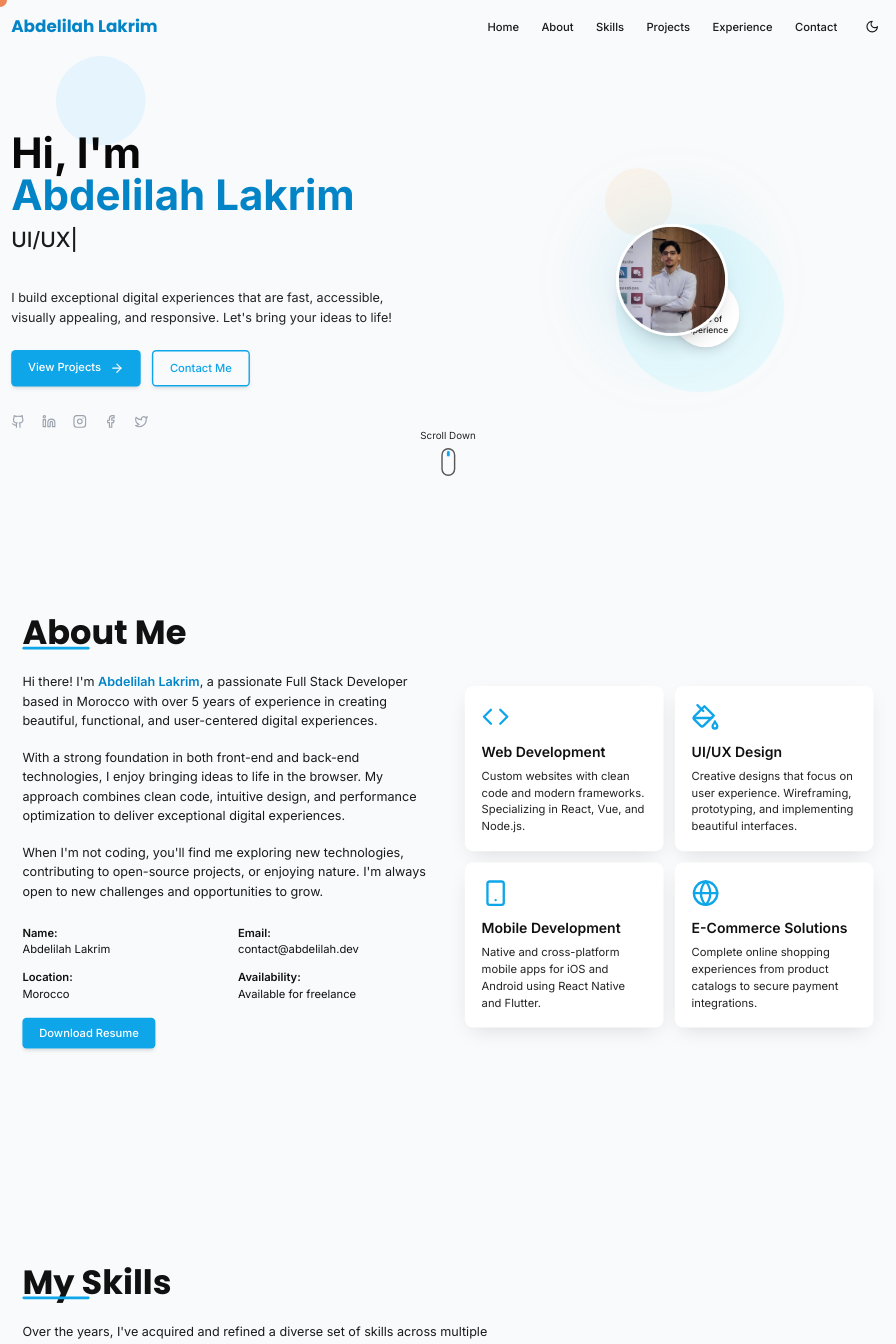
Repository: Abdelilah-Lakrim/Personal_Portfolio
Page: /
The author's editor kept a copy of each file at every save. The page is drawn from the files as they stood at one save, then again after the next save.
The browser window is 1280 px wide. The pictures show the part of the page from y = 0 to 1920 px (the page is 7905 px tall), at 70% of full size.
The project was rebuilt for these pictures with package versions that can differ from the ones it lists, and the page was loaded fresh each time. Also part of the build but not shown: vite.config.ts.

Above is the page before, as saved 2025-05-21 12:33:16.

After the next save:
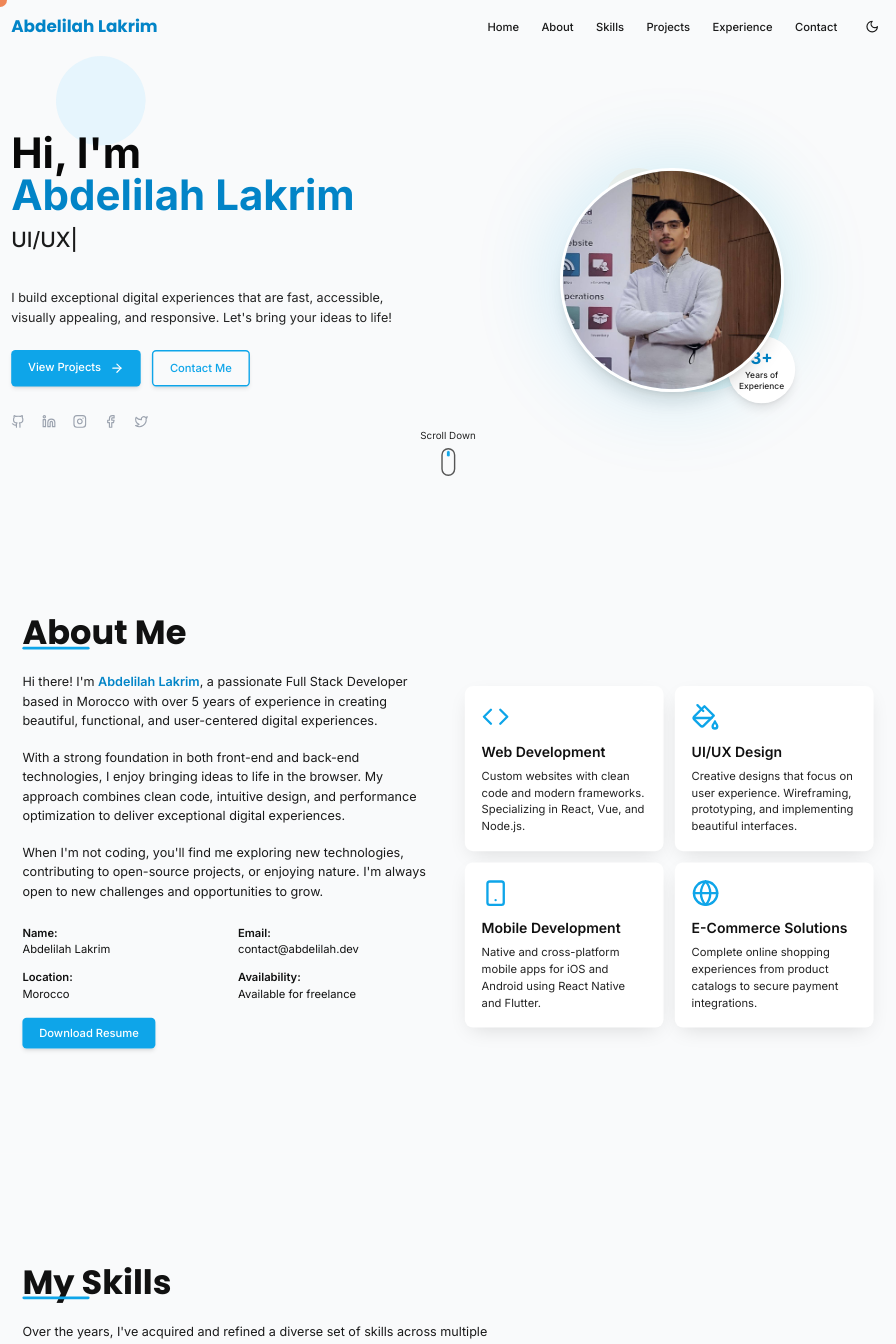
Saved 5 s later.
--- a/src/components/Hero.tsx
+++ b/src/components/Hero.tsx
@@ -152,7 +152,7 @@ const Hero: React.FC = () => {
           >
             <div className="relative">
               <div className="absolute inset-0 bg-gradient-to-r from-primary-500 to-secondary-500 rounded-full blur-3xl opacity-20"></div>
-              <img src="public/image/Portrait.jpg" className="relative z-50 w-64 h-64 sm:w-40 sm:h-40 rounded-full border-4 border-white shadow-xl"/>
+              <img src="public/image/Portrait.jpg" className="relative z-50 w-64 h-64 sm:w-80 sm:h-80 rounded-full border-4 border-white shadow-xl"/>
               <div className="absolute -bottom-4 -right-4 w-24 h-24 bg-white rounded-full flex items-center justify-center shadow-lg z-20">
                 <div className="text-xs font-medium text-center">
                   <span className="block text-primary-600 font-bold text-2xl">3+</span>
